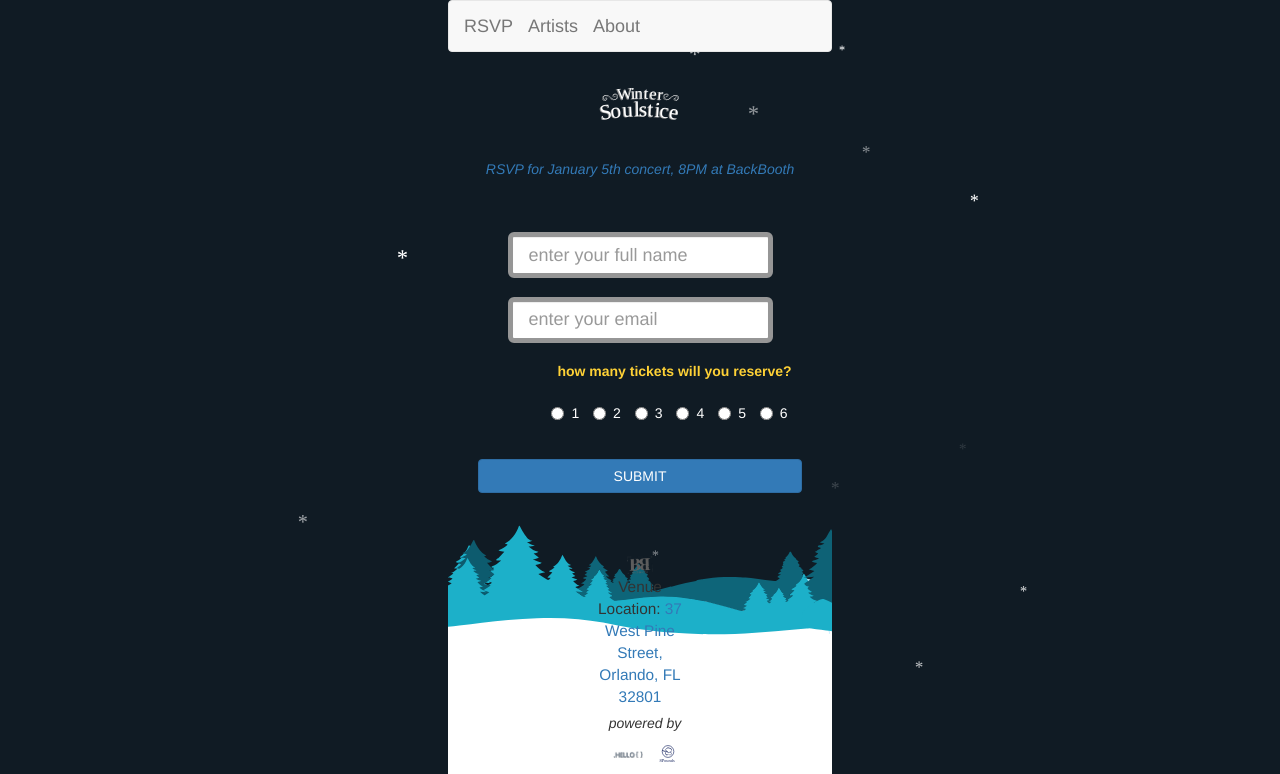
Repository: ptlergo/winter-soulstice
Page: http://localhost/
The author's editor kept a record of every edit. The page is drawn from the files as they stood at one moment, then again after the next edit.
The browser window is 1280 px wide. The pictures show the whole page.
Some web libraries are served in a nearby version. The page is run by PHP 8.4 with error messages shown; the project is at /var/www/html/.

Above is the page before.

After the next edit:
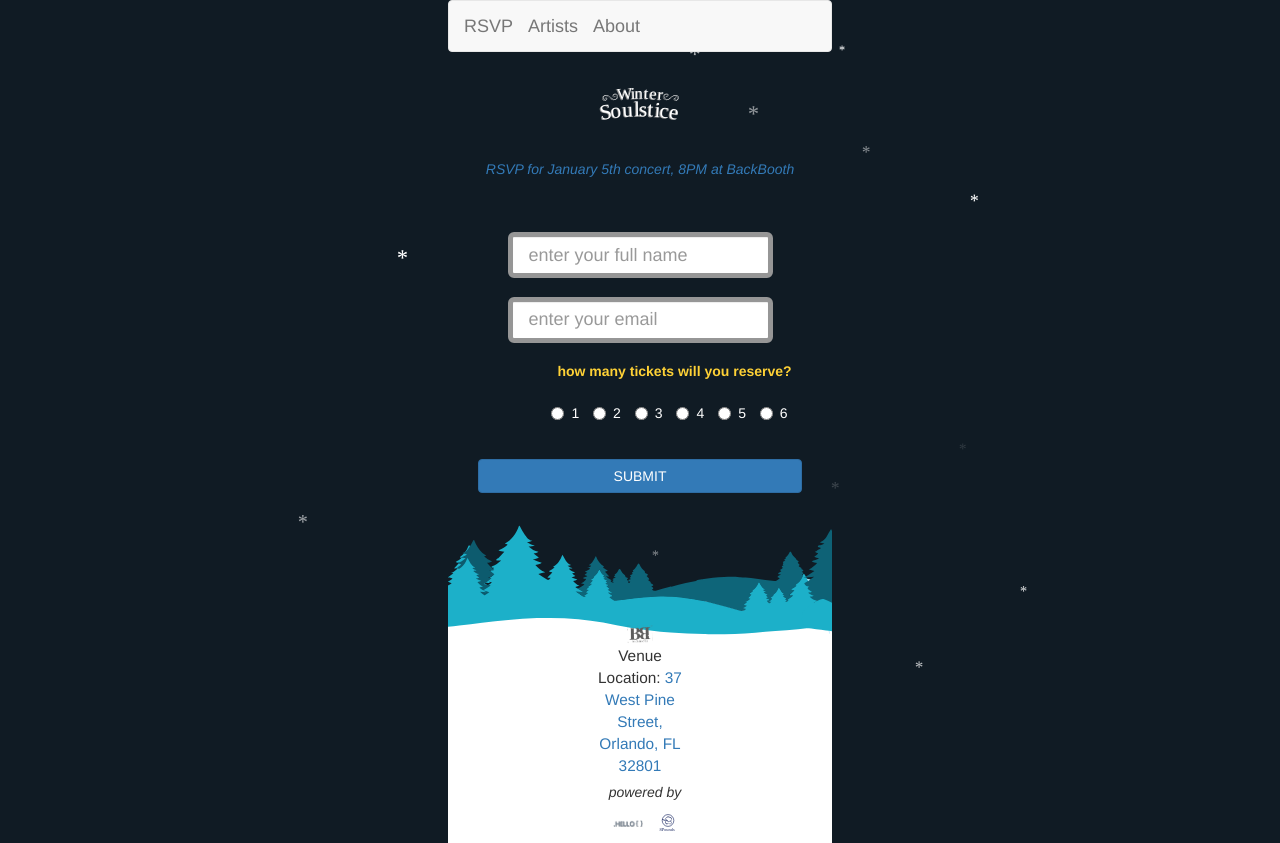
The edit:
--- a/public/css/main.css
+++ b/public/css/main.css
@@ -83,7 +83,7 @@
     background: url('/images/winter-footer.svg');
     background-size: 100%;
     position:relative;
-    height: 280.95px;
+    height: 350px;
     background-repeat:no-repeat;
 }
 
